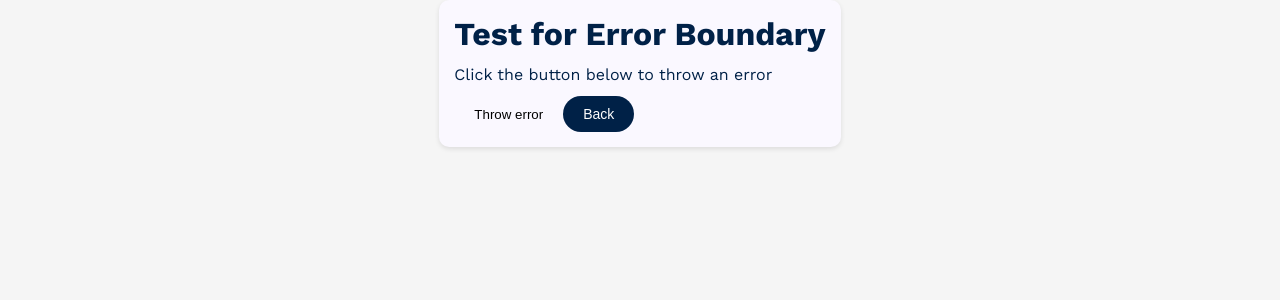
Repository: blessingpeters/myGithub
Page: /errortestpage
The author's editor kept a copy of each file at every save. The page is drawn from the files as they stood at one save, then again after the next save.
The browser window is 1280 px wide. The pictures show the whole page.
The project was rebuilt for these pictures with package versions that can differ from the ones it lists, and the page was loaded fresh each time. Also part of the build but not shown: src/components/Pagination.jsx, src/components/Repos.jsx, src/components/GithubProfile.jsx, src/components/Nav.jsx, src/pages/Home.jsx, src/pages/RepoPage.jsx, src/pages/NotFound.jsx, src/components/ErrorFallback.jsx.

Above is the page before, as saved 2022-11-02 19:33:57.

After the next save:
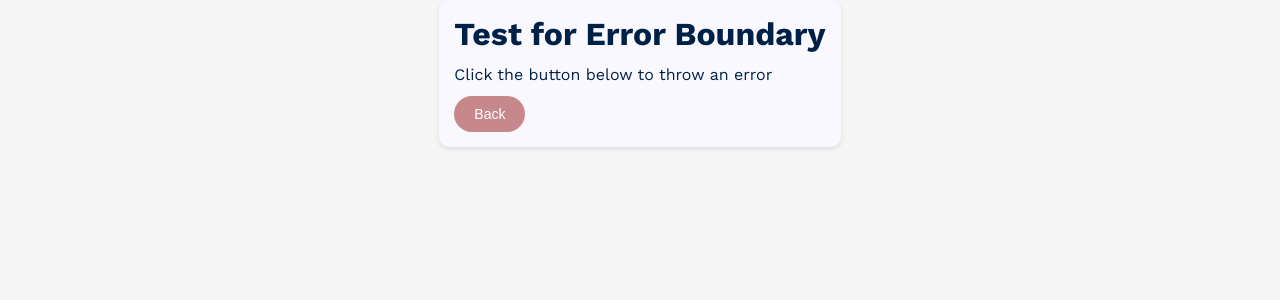
Saved 2 min 34 s later.
--- a/src/pages/ErrorTestPage.jsx
+++ b/src/pages/ErrorTestPage.jsx
@@ -26,11 +26,11 @@ function ErrorTest (){
                 <div className='repo'>
                     <h1>Test for Error Boundary</h1>
                     <p>Click the button below to throw an error</p>
-                    <button onClick={() => {
+                    <button className="repo-items onClick={() => {
                         throw new Error('Error thrown from button click')
                         }}>Throw error</button>
 
-                    <button className="repo-items" onClick={goBack}>Back</button>
+                    <button " onClick={goBack}>Back</button>
                 </div>
 
 
